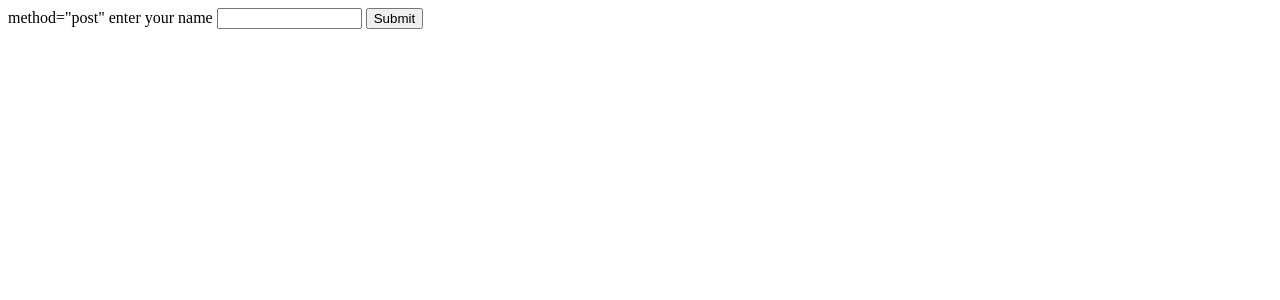
Repository: ajlazy/Day10
Page: HelloWorld/WebContent/home.html
These files come from the project's save history. The page is drawn as it stood at one moment and after the next save; the edit follows.
The browser window is 1280 px wide. The pictures show the whole page.

Above is the page before, as saved 2018-09-05 09:45:48.

After the next save:
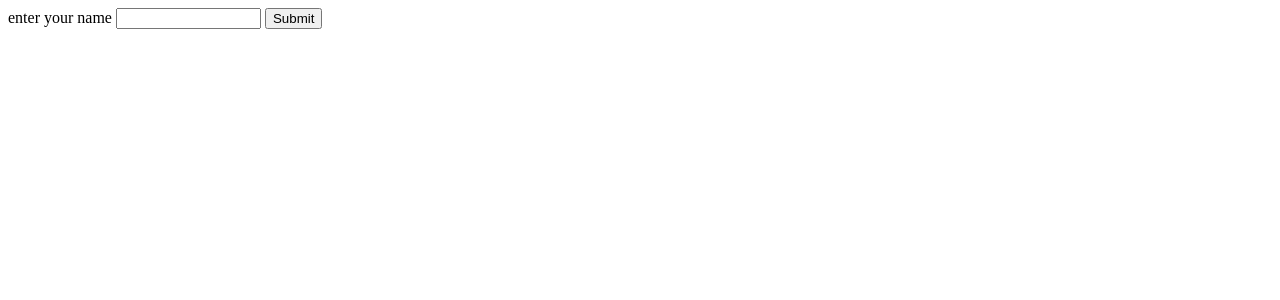
Saved 75 s later.
--- a/HelloWorld/WebContent/home.html
+++ b/HelloWorld/WebContent/home.html
@@ -5,7 +5,7 @@
 <title>Home Page</title>
 </head>
 <body>
-<form action="greet"> method="post"
+<form action="greet" method="post">
  <label>enter your name</label>
  <input type="text" name="username" size="15"/>
  <input type="submit"/>
